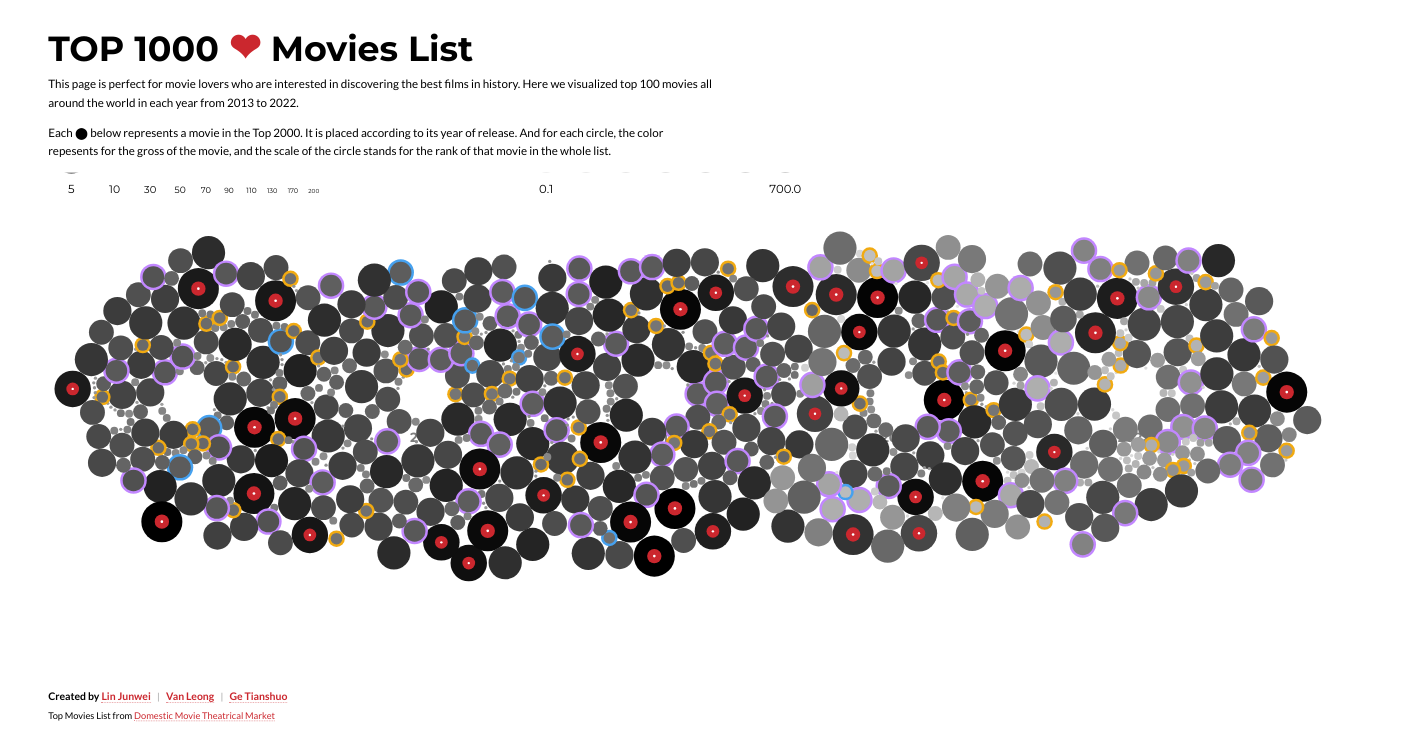
Repository: Limjohns/data_visualization
Page: index.html
These files come from the project's save history. The page is drawn as it stood at one moment and after a run of saves; the edit follows.
The browser window is 1280 px wide. The page is 1708 px wide, so the pictures cover 1708 px, including what lies to the right of the window. The pictures show the whole page, at 83% of full size.

Above is the page before, as saved 2023-05-20 16:47:55.

### index.html
<!DOCTYPE html>
	<head>
	    <meta http-equiv="Content-Type" content="text/html; charset=UTF-8">
	    <meta http-equiv="X-UA-Compatible" content="IE=edge">
	    <meta name="viewport" content="width=device-width, initial-scale=1">
	    <!-- <meta name="viewport" content="user-scalable = yes"> -->

        <title>The Top 2000 Movies from 2013 to 2022</title>

		<!-- Styling -->
		<link href="css/style.css" rel="stylesheet">

		<!-- Google fonts -->
		<link href="https://fonts.googleapis.com/css?family=Lato:400,700|Montserrat:400,700" rel="stylesheet">

		<!-- JavaScript files -->
		<script src="plugins/d3.min.js"></script>

	</head>
	<body>
		<div id="intro" class="outer-margin">
			<h1 class="title">TOP 1000 <span class="heart">❤</span> Movies List</h1>
			<p>This page is perfect for movie lovers who are interested in discovering the best films in history. Here we visualized top 100 movies all around the world in each year from 2013 to 2022.</p>
			<p class="desktop">Each ⬤ below represents a movie in the Top 2000. It is placed according to its year of release. And for each circle, the color repesents for the gross of the movie, and the scale of the circle stands for the rank of that movie in the whole list.  </p>
		</div>

		<!-- Chart (or image for mobile) -->
		<div id="chart"></div>


		<div id="credit" class="outer-margin">
			<p class="credit-bold" style="margin-bottom: 8px;">Created by
				<a target="_new">Lin Junwei</a>
				<span class="credit-divider">|</span>
				<a target="_new">Van Leong</a>
				<span class="credit-divider">|</span>
				<a target="_new">Ge Tianshuo</a>
			</p>
			<p class="credit-note">Top Movies List from <a href="https://www.the-numbers.com/market/" target="_new"> Domestic Movie Theatrical Market</a>
		</div>

		</div>
        <script src="js/main.js"></script>
	</body>
</html>

### css/style.css
body {
	font-size: 14px;
	font-family: 'Lato', sans-serif;
}

a, a:link, a:visited, a:active {
  color: #CB272E;
  border-bottom: 1px dotted rgba(203, 39, 46, .5);
  text-decoration: none;
}

a:hover {
  text-decoration: none;
  border-bottom: 1px solid #CB272E;
}

a.image-link {
	border-bottom: none;
}

.mobile {
	display: none;
}

.outer-margin {
	margin-left: 50px;
	margin-right: 50px;
}

/* --- Intro --- */

#intro {
	margin-top: 25px;
}

#intro h1 {
	font-family: 'Montserrat', sans-serif;
	font-weight: 700;
	font-size: 3em;
	margin-bottom: 5px;
}

#intro .heart {
	color: #CB272E;
	font-size: 1.1em;
}

#intro p {
	margin-top: 0px;
	max-width: 800px;
	line-height: 160%
}

/* --- Chart --- */

.axis path, .axis .tick line {
	display: none;
}

.axis text {
	font-family: 'Montserrat', sans-serif;
	font-size: 16px;
	font-weight: 700;
	fill: #7F7F7F;
	cursor: default;
}

.legend-title {
	font-family: 'Montserrat', sans-serif;
	font-size: 14px;
}
.movie-size {
	fill: #191919;
}
.movie-legend-value {
	font-family: 'Montserrat', sans-serif;
	text-anchor: middle;
}

/* --- Tooltip --- */

.tooltip-wrapper {
	pointer-events: none;
	text-anchor: middle;
	text-shadow: 0 1px 3px white, 1px 0 3px white, -1px 0 3px white, 0 -1px 3px white;
}

.tooltip-background {
	fill: #ededed;
	opacity: 0.9;
}

.tooltip-movie {
	font-family: 'Montserrat', sans-serif;
	font-size: 19px;
}

.tooltip-artist {
	font-size: 12px;
}

.tooltip-rank {
	font-size: 10px;
}

/* --- Credits --- */

#credit {
	padding-bottom: 25px;
}

#credit p {
	margin-top: 0px;
	margin-bottom: 3px;
}

.credit-bold {
	font-weight: 600;
	font-size: 0.9em;
}

.credit-divider {
	color: #b7b7b7;
	font-weight: 600;
	font-size: 0.9em;
	padding: 0px 5px;
}

.credit-note {
	line-height: 140%;
	font-size: 0.8em;
	font-weight: 400;
	/*color: #656565;*/
}

.credit-data-note {
	max-width: 600px;
	margin-top: 20px !important;
	line-height: 170%;
	font-size: 0.7em;
	font-weight: 400;
	color: #9B9B9B;
}

### js/main.js
var isMobile = window.screen.width < 400 ? true : false;

if(isMobile) {
	d3.selectAll(".desktop").style("display", "none");
	d3.selectAll(".outer-margin").style("margin-left", "10px").style("margin-right", "10px");
	d3.selectAll(".title").style("font-size", "2.7em");
	// d3.selectAll(".heart").style("font-size", "1.4em");
} else {

	///////////////////////////////////////////////////////////////////////////
	//////////////////////////// Set up the SVG ///////////////////////////////
	///////////////////////////////////////////////////////////////////////////
	var margin = {
	  top: 20,
	  right: 150,
	  bottom: 0,
	  left: -350
	};
	var widthOriginal = 2150 - 100 - 200;
	var width = 1700 - margin.left - margin.right;
	var height = 620 - margin.top - margin.bottom;

	//SVG container
	var svg = d3.select('#chart')
		.append("svg")
		.attr("width", width + margin.left + margin.right)
		.attr("height", height + margin.top + margin.bottom)
		.append("g").attr("class", "top-wrapper")
		.attr("transform", "translate(" + (margin.left) + "," + (margin.top) + ")");

	///////////////////////////////////////////////////////////////////////////
	////////////////////////// Create the scales //////////////////////////////
	///////////////////////////////////////////////////////////////////////////

	var yearScale = d3.scaleLinear()
		.domain([2010, 2023])
	    .range([0, widthOriginal]);

	var rScale = d3.scaleSqrt()
		// .domain([1,10,25,50,100,250,500,1000,2000])
		// .domain([2, 3, 5, 7, 10, 13, 17, 21, 25])
		// 25,21,17,13,10,7,5,3,2
		.domain([21, 19, 17, 15, 13, 11, 9, 8, 7])
		.range([21, 19, 17, 15, 13, 11, 9, 8, 7]);

	var colorScale = d3.scaleLinear()
		// .domain([1,6,12,18,25,32,40])
		.domain([14, 15, 16, 17, 18, 19, 20])
		.range(["#ABABAB","#949494","#7D7D7D","#636363","#474747","#262626","#000000"]);


	var interestingMovie = [
		1989,
		363,
		270,
		144,
		232,
	];

	//
	var DB = [7,38,87,162,182,230,270,310,379,462,472,491,523,540,576,586,612,616,778,856,961,1144,1203,1632,1736,1875];

	//
	var PR = [13,207,254,354,404,585,640,702,721,937,1268,1365,1378,1409,1658,1761,1771];

	var strokeWidthColored = 3,
		strokeWidthRed = 4;


	d3.csv('data/data_13_22_v4.csv', function (error, data) {


		if (error) throw error;

		data.forEach(function(d) {
			d.rank = +d.rank;
			d.releaseYear = +d.releaseYear;
			d.listHighestRank = +d.listHighestRank;
			d.rank_each_year = +d.rank_each_year;
			d.x = +d.x;
			d.y = +d.y;
		});

		//Add a few more "circles" to the data that will make room for the decade numbers
		var decades = [2013, 2014, 2015, 2016, 2017, 2018, 2019, 2020, 2021, 2022];
		for(var i=0; i<decades.length; i++) {
			data.push({
				rank: 0,
				releaseYear: decades[i],
				type: "decade",
				x: yearScale(decades[i]),
				y: height/2
			});
		}//for i

		///////////////////////////////////////////////////////////////////////////
		///////////////////////////// Create the axis /////////////////////////////
		///////////////////////////////////////////////////////////////////////////

		svg.append("g")
	      .attr("class", "axis axis--x")
	      .attr("transform", "translate(0," + (height/2) + ")")
	      .call(d3.axisBottom(yearScale).ticks(5, ".0f"));    // 改这里可以修改年份显示个数

		svg.selectAll(".axis text")
		  .attr("dy", "-0.25em");


		//Wrapper for all movies
	  	var movieWrapper = svg.append("g")
	      .attr("class", "movie-wrapper");

		//Create a group per movie
		var movie = movieWrapper.selectAll(".movie-group")
		  	.data(data)
		  	.enter().append("g")
		  	.attr("class", "movie-group")
		  	.attr("transform", function(d) { return "translate(" + d.x + "," + d.y + ")"; })
		  	.on("mouseover", function(d) {
		  		//console.log(d.artist, d.title, d.releaseYear, d.rank, d.listHighestRank);

		  		//Move the tooltip to the right location
		  		tooltipMovie.text(d.title);
		      	tooltipArtist.text(d.artist + " | " + d.releaseYear);
		      	tooltipRank.text("Position in Relase Year: " + d.rank_each_year);
		      	if(d.listHighestRank > 0 && d.listType !== "tip") {
		      		tooltipTop40.text("Tickets Sold: " + d.Tickets_Sold);
		      	} else {
		      		tooltipTop40.text("Never appeared in the Top 40");
		      	}//else
		      	//Find the largest title
		      	var maxSize = Math.max(document.getElementById("tooltipMovie").getComputedTextLength(),
		      		document.getElementById("tooltipArtist").getComputedTextLength(),
		      		document.getElementById("tooltipRank").getComputedTextLength(),
		      		document.getElementById("tooltipTop40").getComputedTextLength());
		      	tooltipBackground
		      		.transition().duration(100)
		      		.attr("x", -0.5 * maxSize*1.2)
		      		.attr("width", maxSize*1.2)
		      	tooltipWrapper
		      		.transition().duration(200)
		        	.attr("transform", "translate(" + d.x + "," + (d.y + 40) + ")")
		        	.style("opacity", 1);
		  	})
		  	.on("mouseout", function(d) {
		  		//Hide the tooltip
				tooltipWrapper
					.transition().duration(200)
					.style("opacity", 0);
		  	});


			movie
			.filter(function(d) { return d.artist === "The Beatles" || DB.indexOf(d.rank) > -1 || PR.indexOf(d.rank) > -1 || interestingMovie.indexOf(d.rank) > -1; })
			.append("circle")
			.attr("class", "movie-background")
	      	.attr("r", function(d) {
	      		if(d.artist === "The Beatles" || DB.indexOf(d.rank) > -1 || PR.indexOf(d.rank) > -1) {
					return rScale(d.rank) + strokeWidthColored;
				} else if(interestingMovie.indexOf(d.rank) > -1) {
					return rScale(d.rank) + strokeWidthRed;
				} else {
					return -1; //check for error
				}//else
	      	})
		  	.style("fill", function(d) {
			  	if(d.artist === "Universal") {
				  	return "#46a1ef";
			  	} else if (interestingMovie.indexOf(d.rank) > -1) {
				  	return "#CB272E";
			  	} else if (DB.indexOf(d.rank) > -1) {
				  	return "#f1aa11";
			  	} else if (PR.indexOf(d.rank) > -1) {
				  	return "#C287FF";
			  	} else {
				  	return "none";
			  	}//else
		  	});

		//The grey scaled circle of the movie
		movie.append("circle")
			.attr("class", "movie")
	      	.attr("r", function(d) { return rScale(d.rank); })
		  	.style("fill", function(d) {
			  	if(d.type === "decade") {
				  	return "none";
			  	} else if (d.listHighestRank === 0 || d.listType === "tip") {
				  	return "#e0e0e0";
			  	} else {
					return colorScale(d.listHighestRank);
				}//else
		  	});

		movie
		  .filter(function(d) { return d.rank > 20 && d.rank <= 25; })
		  .append("circle")
	      .attr("r", function(d) { return rScale(d.rank)*0.35; })
		  .style("fill", "#CB272E");
		movie
		  .filter(function(d) { return d.rank > 20 && d.rank <= 25; })
		  .append("circle")
	      .attr("r", function(d) { return rScale(d.rank)*0.065; })
		  .style("fill", "white");

		var tooltipWrapper = svg.append("g")
		  .attr("class", "tooltip-wrapper")
		  .attr("transform", "translate(" + 0 + "," + 0 + ")")
		  .style("opacity", 0);

		var tooltipBackground = tooltipWrapper.append("rect")
			.attr("class", "tooltip-background")
			.attr("x", 0)
			.attr("y", -28)
			.attr("width", 0)
			.attr("height", 100);

		var tooltipArtist = tooltipWrapper.append("text")
		  .attr("class", "tooltip-artist")
		  .attr("id", "tooltipArtist")
		  .attr("y", -4)
		  .text("");

		var tooltipMovie = tooltipWrapper.append("text")
		  .attr("class", "tooltip-movie")
		  .attr("id", "tooltipMovie")
		  .attr("y", 17)
		  .text("");

		var tooltipRank = tooltipWrapper.append("text")
		  .attr("class", "tooltip-rank")
		  .attr("id", "tooltipRank")
		  .attr("y", 42)
		  .text("");
		var tooltipTop40 = tooltipWrapper.append("text")
		  .attr("class", "tooltip-rank")
		  .attr("id", "tooltipTop40")
		  .attr("y", 55)
		  .text("");

		//////////////////////////// Add size legend //////////////////////////////

		var sizeLegend = svg.append("g")
			.attr("class", "size-legend")
			.attr("transform", "translate(" + 415 + "," + -40 + ")");

		sizeLegend.append("text")
			.attr("class", "legend-title")
			.attr("x", -13)
			.attr("y", -40)
			.text("Highest Position in Release Year");

		var rCircle = [21, 19, 17, 15, 13, 11, 9, 8, 7, 7]
		var sizeDistance = [13,65,108,144,175,203,230,255,280,305];
		sizeLegend.selectAll(".movie-size")
			.data(rCircle)
			.enter().append("circle")
			.attr("class", "movie-size")
			.attr("cx", function(d,i) { return sizeDistance[i]; })
			.attr("r", function(d,i) { return rCircle[i]; });

		//Add small red and white circle to the first
		sizeLegend.append("circle")
			.attr("cx", sizeDistance[0])
			.attr("r", rScale.range()[0] * 0.35)
			.style("fill", "#CB272E");
		sizeLegend.append("circle")
			.attr("cx", sizeDistance[0])
			.attr("r", rScale.range()[0] * 0.065)
			.style("fill", "white");

		//Add numbers below
		var sizeText = [5, 10, 30, 50, 70, 90, 110, 130, 170, 200];
		var sizeFont = [14, 13, 12, 11, 10, 9, 9, 8, 8, 7];
		sizeLegend.selectAll(".movie-legend-value")
			.data(rCircle)
			.enter().append("text")
			.attr("class", "movie-legend-value")
			.attr("x", function(d,i) { return sizeDistance[i]; })
			.attr("y", 45)
			.style("font-size", function(d,i) { return sizeFont[i]; })
			.text(function(d, i) { return sizeText[i]; })


		///////////////////////////// Add color legend ////////////////////////////

		var colorLegend = svg.append("g")
			.attr("class", "color-legend")
			.attr("transform", "translate(" + 1000 + "," + -40 + ")");

		colorLegend.append("text")
			.attr("class", "legend-title")
			.attr("x", -13)
			.attr("y", -40)
			.text("Total Gross(Million Dollars)");

		var movieColor = 20
		colorLegend.selectAll(".movie-color")
			.data(colorScale.range())
			.enter().append("circle")
			.attr("class", "movie-color")
			.attr("cx", function(d,i) { return 2 * i * rScale(movieColor)*1.2; })
			.attr("r", rScale(movieColor))
			.style("fill", function(d) { return d; });

		//Add text below
		colorLegend.append("text")
			.attr("class", "movie-legend-value")
			.attr("x", 0)
			.attr("y", 45)
			.style("font-size", sizeFont[0])
			.text("0.1");
		colorLegend.append("text")
			.attr("class", "movie-legend-value")
			.attr("x", 2 * 6 * rScale(movieColor)*1.2)
			.attr("y", 45)
			.style("font-size", sizeFont[0])
			.text("700.0");

	});//d3.csv

}//else

Loaded but not shown: plugins/d3.min.js (library)

After the next 2 saves:
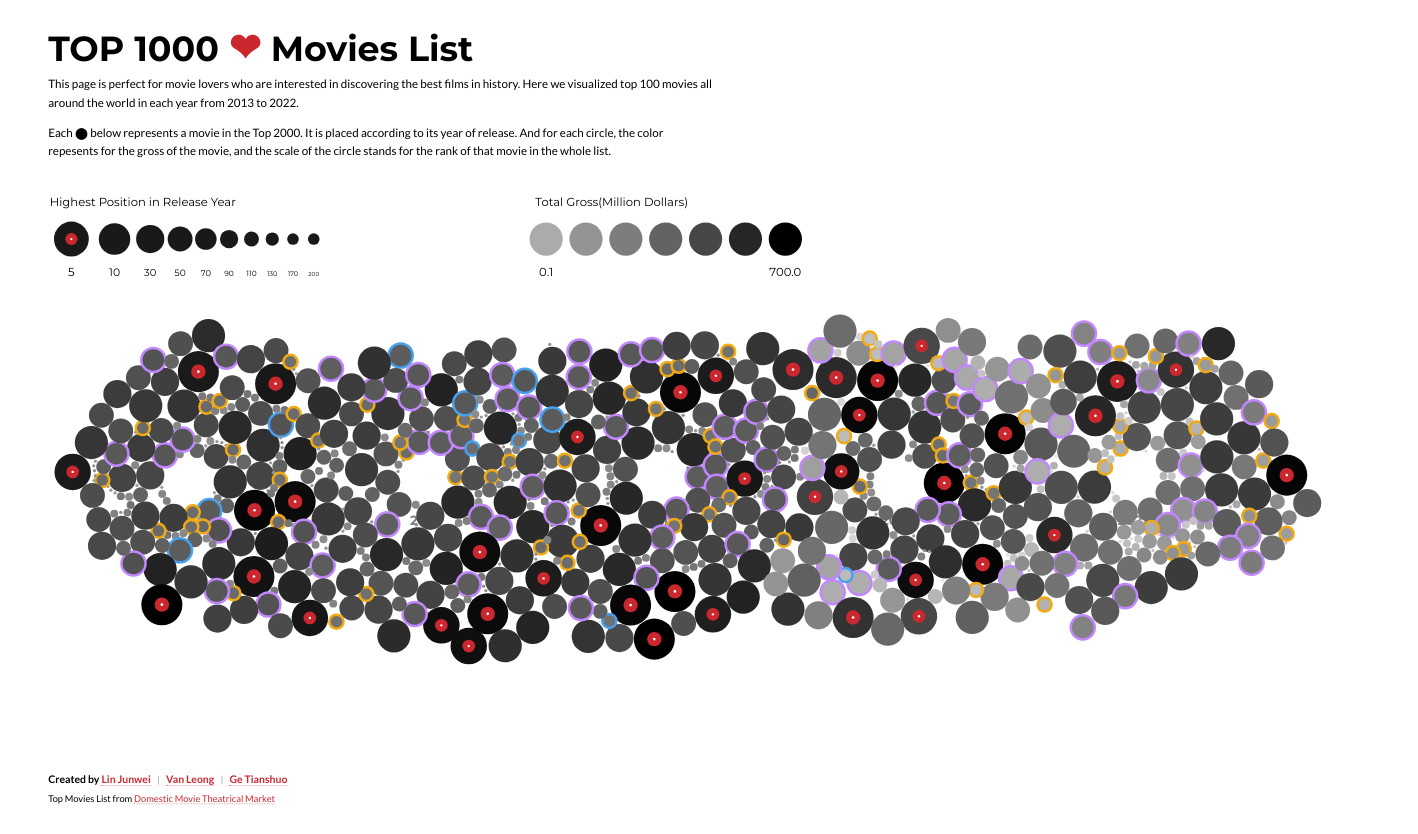
The 2 saves are shown as one change because they came seconds apart.
The last was saved 15 s later.
--- a/js/main.js
+++ b/js/main.js
@@ -11,14 +11,14 @@ if(isMobile) {
 	//////////////////////////// Set up the SVG ///////////////////////////////
 	///////////////////////////////////////////////////////////////////////////
 	var margin = {
-	  top: 20,
+	  top: 120,
 	  right: 150,
 	  bottom: 0,
 	  left: -350
 	};
 	var widthOriginal = 2150 - 100 - 200;
 	var width = 1700 - margin.left - margin.right;
-	var height = 620 - margin.top - margin.bottom;
+	var height = 720 - margin.top - margin.bottom;
 
 	//SVG container
 	var svg = d3.select('#chart')
@@ -76,7 +76,6 @@ if(isMobile) {
 			d.rank = +d.rank;
 			d.releaseYear = +d.releaseYear;
 			d.listHighestRank = +d.listHighestRank;
-			d.rank_each_year = +d.rank_each_year;
 			d.x = +d.x;
 			d.y = +d.y;
 		});
@@ -122,7 +121,7 @@ if(isMobile) {
 		  		//Move the tooltip to the right location
 		  		tooltipMovie.text(d.title);
 		      	tooltipArtist.text(d.artist + " | " + d.releaseYear);
-		      	tooltipRank.text("Position in Relase Year: " + d.rank_each_year);
+		      	tooltipRank.text("Position in Top 2000: " + d.rank);
 		      	if(d.listHighestRank > 0 && d.listType !== "tip") {
 		      		tooltipTop40.text("Tickets Sold: " + d.Tickets_Sold);
 		      	} else {
